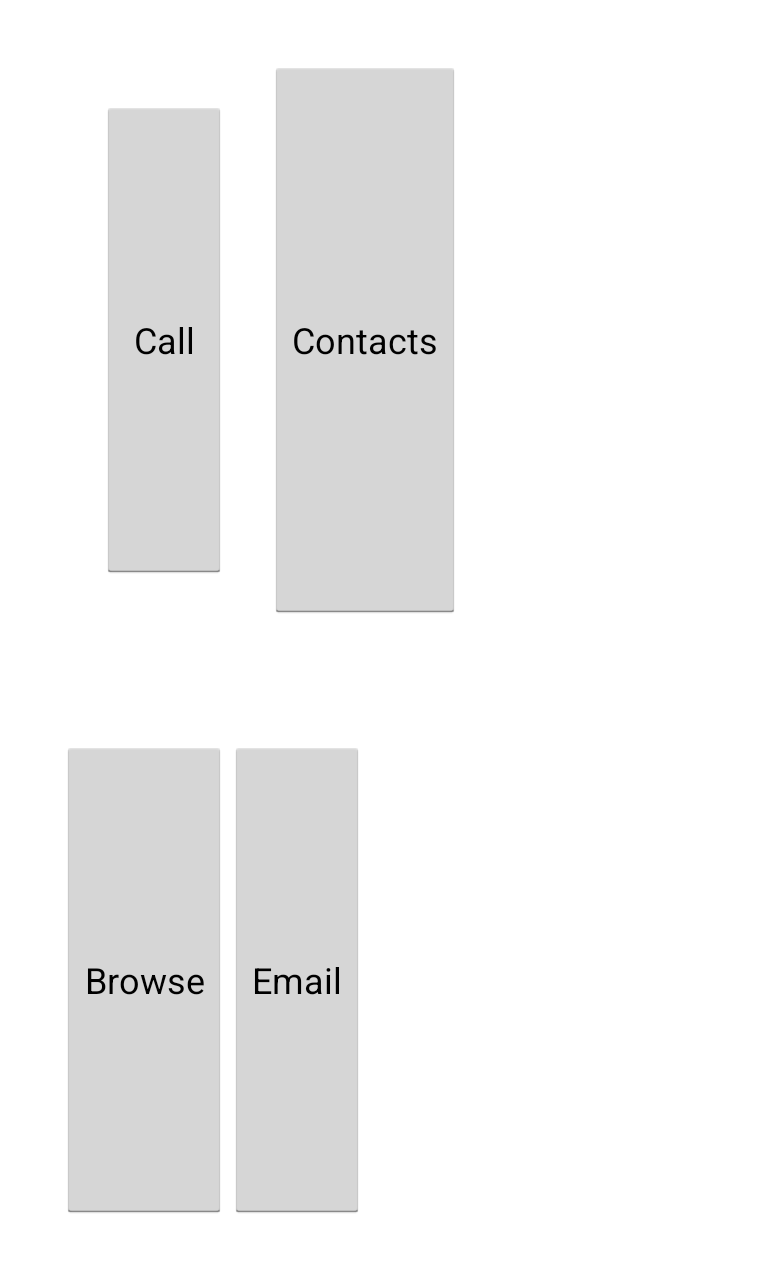
Repository: AnithaGorli/Android
Layout: ImplicitIntentApplication/res/layout/implicitintent.xml
The author's editor kept a copy of each file at every save. The layout is drawn from the files as they stood at one save, then again after the next save.
It is drawn on a 768 x 1280 px phone screen (xhdpi) without system bars, with theme AppTheme; the app's code is not run.

Above is the layout before, as saved 2014-09-10 10:10:09.

### ImplicitIntentApplication/res/layout/implicitintent.xml
<?xml version="1.0" encoding="utf-8"?>
<LinearLayout xmlns:android="http://schemas.android.com/apk/res/android"
    android:layout_width="match_parent"
    android:layout_height="match_parent"
    android:orientation="vertical"
    android:weightSum="2">


    <LinearLayout
        android:id="@+id/l1"
         android:layout_width="match_parent"
    android:layout_height="wrap_content"
    android:orientation="horizontal"
    android:layout_weight="1"
    android:layout_margin="30dp"
     >
    <Button
         android:id="@+id/call_btn"
          android:layout_width="wrap_content"
        android:layout_height="match_parent"
        android:text="@string/call"
        android:layout_margin="20dp"/>



    <Button
         android:id="@+id/contacts_btn"
          android:layout_width="wrap_content"
        android:layout_height="match_parent"
        android:text="@string/contacts"/>


     </LinearLayout>


    <LinearLayout
        android:id="@+id/l2"
         android:layout_width="match_parent"
    android:layout_height="wrap_content"
    android:orientation="horizontal"
    android:layout_weight="1"
    android:layout_margin="30dp" >

    <Button
         android:id="@+id/browse_btn"
         android:layout_width="wrap_content"
        android:layout_height="match_parent"
        android:text="@string/browse"/>
    <Button
         android:id="@+id/email_btn"
         android:layout_width="wrap_content"
        android:layout_height="match_parent"
        android:text="@string/email"/>

    </LinearLayout>
</LinearLayout>

### ImplicitIntentApplication/res/values/strings.xml
<resources>

    <string name="app_name">ImplicitIntentApplication</string>
     <string name="call">Call</string>
       <string name="email">Email</string>
    <string name="contacts">Contacts</string>
    <string name="browse">Browse</string>
<string name="choose">there is no contacts</string>
</resources>

Loaded but not shown: ImplicitIntentApplication/res/values/styles.xml (common file); ImplicitIntentApplication/res/values-v11/styles.xml (common file); ImplicitIntentApplication/res/values-v14/styles.xml (common file)

After the next save:
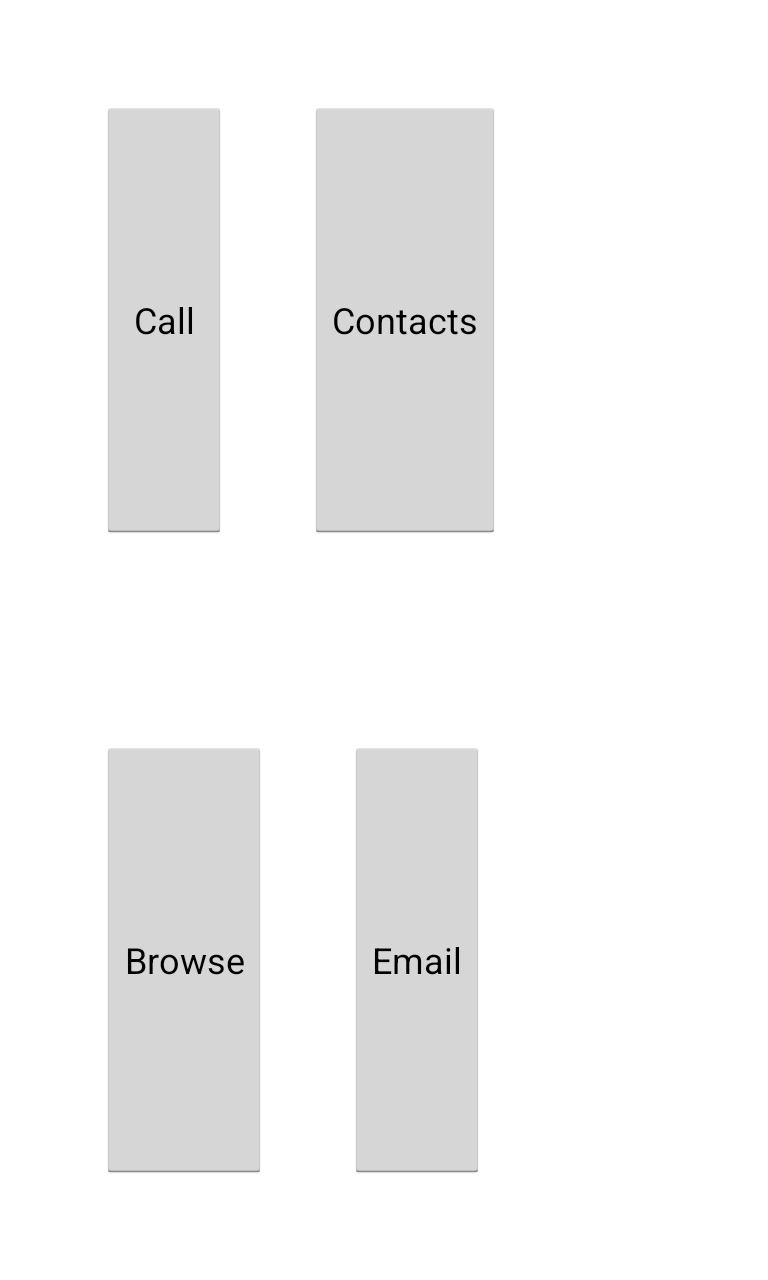
Saved 28 s later.
--- a/ImplicitIntentApplication/res/layout/implicitintent.xml
+++ b/ImplicitIntentApplication/res/layout/implicitintent.xml
@@ -27,7 +27,8 @@
          android:id="@+id/contacts_btn"
           android:layout_width="wrap_content"
         android:layout_height="match_parent"
-        android:text="@string/contacts"/>
+        android:text="@string/contacts"
+        android:layout_margin="20dp"/>
 
 
      </LinearLayout>
@@ -45,12 +46,14 @@
          android:id="@+id/browse_btn"
          android:layout_width="wrap_content"
         android:layout_height="match_parent"
-        android:text="@string/browse"/>
+        android:text="@string/browse"
+        android:layout_margin="20dp"/>
     <Button
          android:id="@+id/email_btn"
          android:layout_width="wrap_content"
         android:layout_height="match_parent"
-        android:text="@string/email"/>
+        android:text="@string/email"
+        android:layout_margin="20dp"/>
 
     </LinearLayout>
 </LinearLayout>
